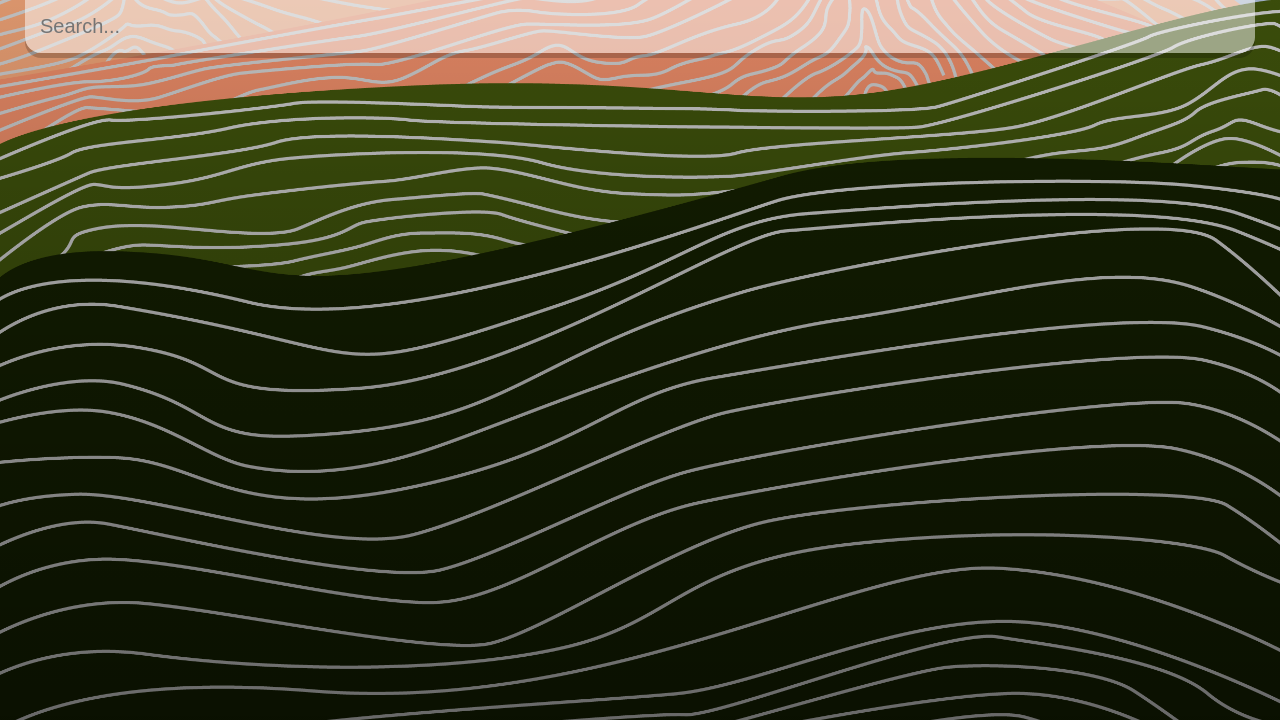
Repository: burntaftermint/weather
Page: /
An editor plug-in stored every save of this project. The page is shown before and after the next save, followed by the edit.
The browser window is 1280 px wide. The pictures show the whole page.
The project was rebuilt for these pictures with package versions that can differ from the ones it lists, and the page was loaded fresh each time.

Above is the page before, as saved 2023-11-02 06:17:56.

After the next save:
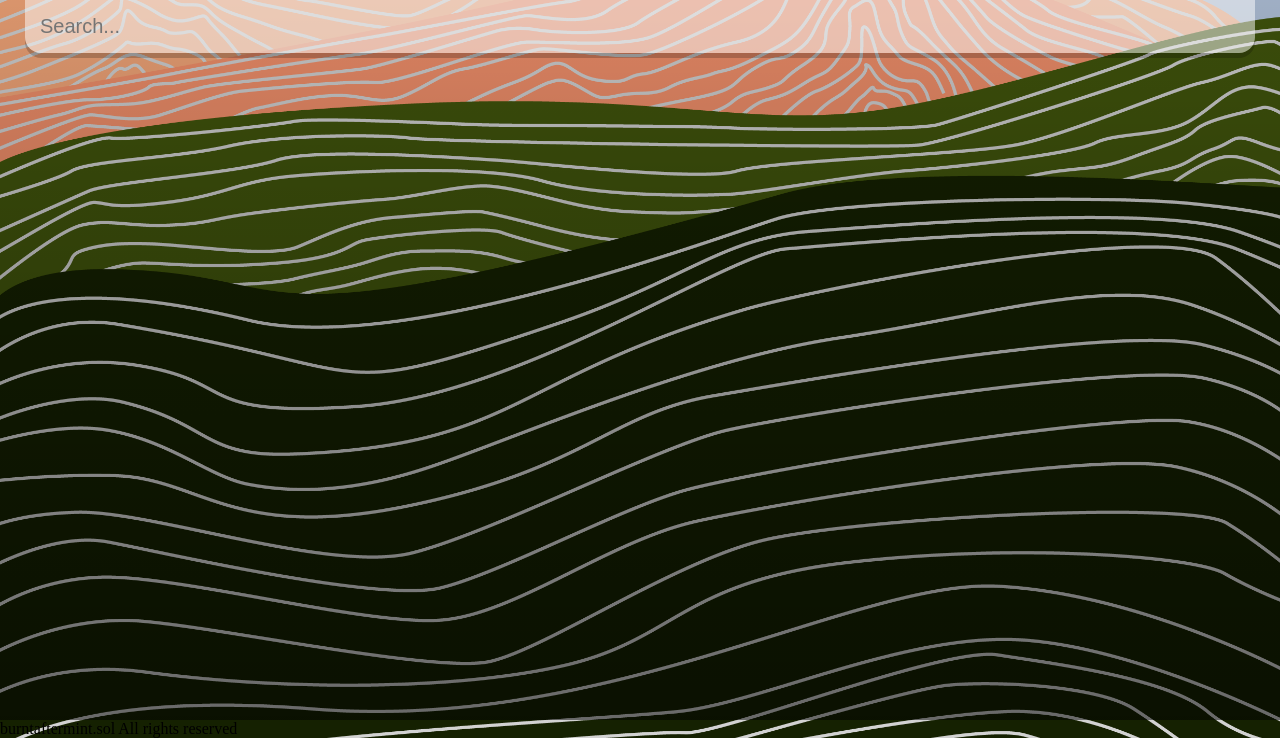
Saved 9 min 31 s later.
--- a/src/App.js
+++ b/src/App.js
@@ -64,7 +64,17 @@ const dateBuilder = (d) => {
         </div>
         ) : ('')}
       </main>
+      <div class="social__media">
+
+        <p class="website__rights">burntaftermint.sol All rights reserved</p>
+        <div class="social__icons">
+            <a href="/" class="social__icon--link">
+
+            </a>
+        </div>
     </div>
+    </div>
+
   );
 }
 
